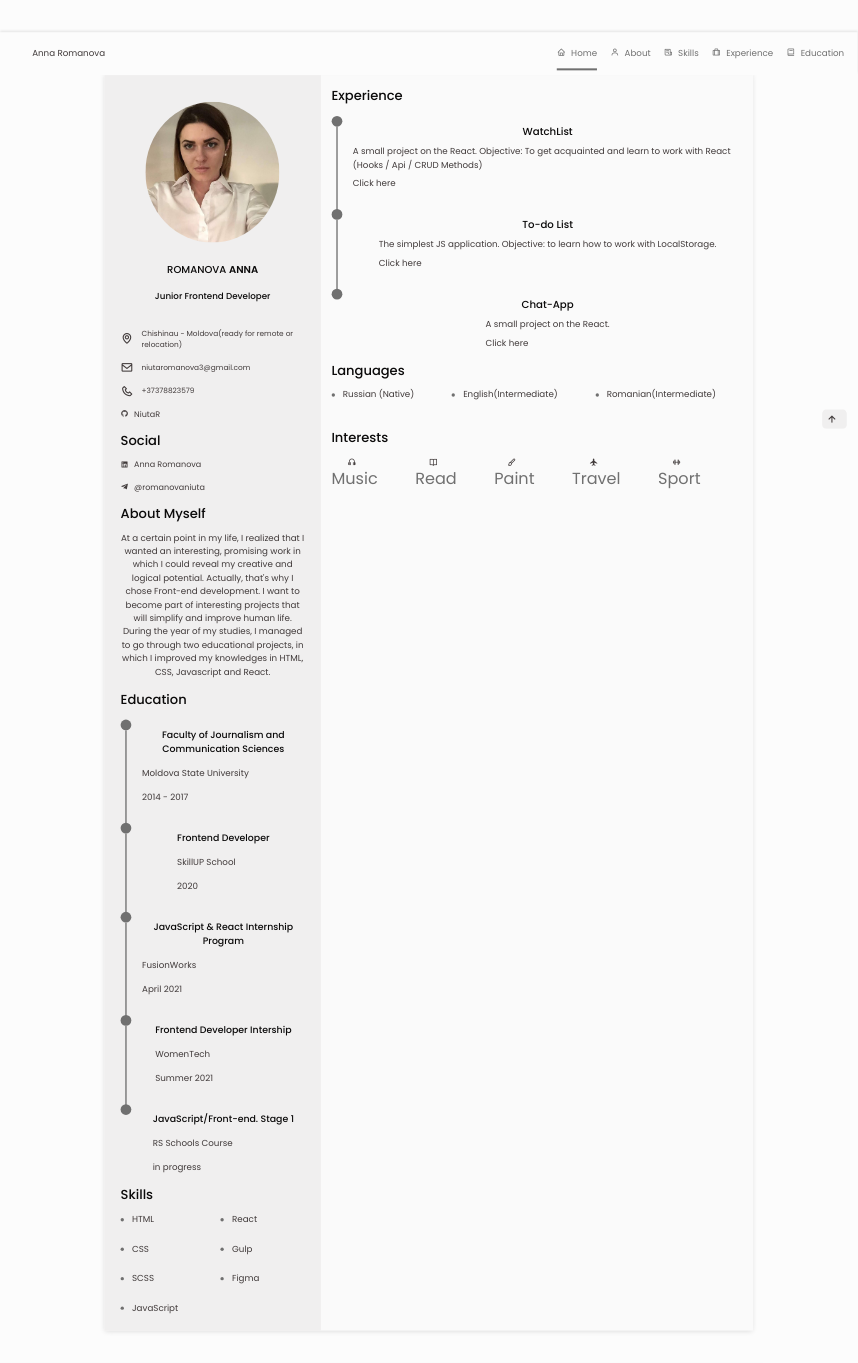
Repository: NiutaR/rsschool-cv
Page: index.html
These files come from the project's save history. The page is drawn as it stood at one moment and after a run of saves; the edit follows.
The browser window is 1280 px wide. The pictures show the whole page, at 67% of full size.

Above is the page before, as saved 2021-09-19 19:33:32.

After the next 3 saves:
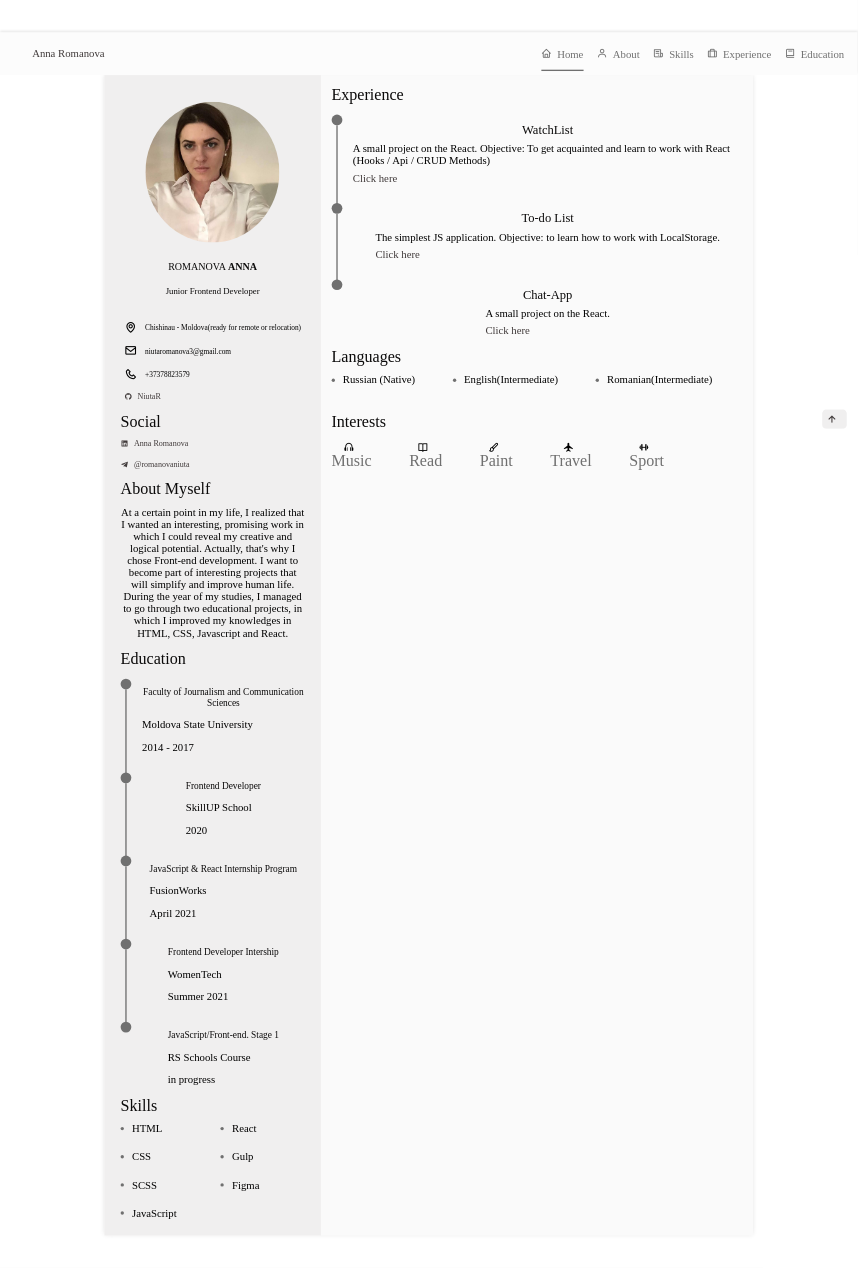
The 3 saves are shown as one change because they came seconds apart.
The last was saved 13 s later.
--- a/src/style.css
+++ b/src/style.css
@@ -77,6 +77,7 @@ body.scale-cv {
 .scale-cv .home__data {
     gap: .25rem;
 }
+.scale-cv .home
 body {
     margin: 0 0 var(--header-height) 0;
     padding: 0;
